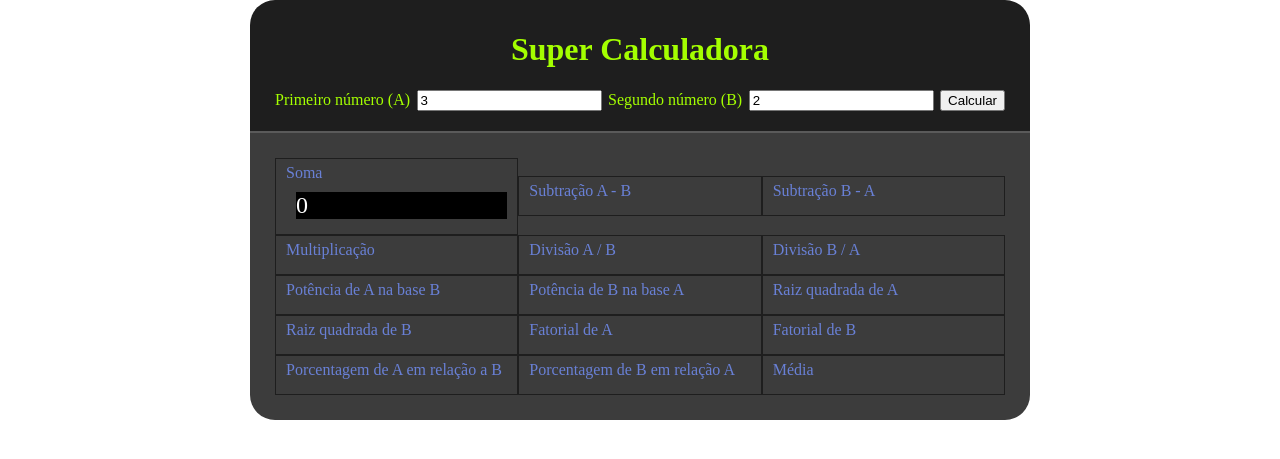
Repository: rrresck/supercalc-xpe
Page: index.html
The author's editor kept a copy of each file at every save. The page is drawn from the files as they stood at one save, then again after the next save.
The browser window is 1280 px wide. The pictures show the whole page.

Above is the page before, as saved 2023-02-10 20:52:36.
Console error: TypeError: Cannot set properties of null (setting 'innerHTML')

After the next save:
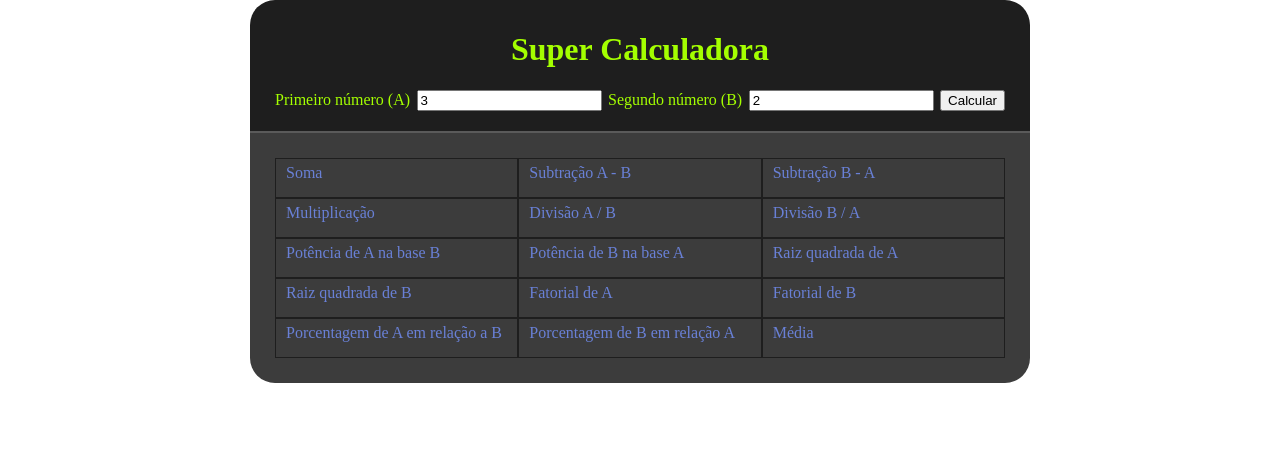
Saved 105 s later.
--- a/index.html
+++ b/index.html
@@ -22,25 +22,25 @@
         <div class="flex">
             <div class="calculus">
                 <p id="sumLabel">Soma</p>
-                <p class="result" id="sum"></p>
+                <p class="result" id="sumRes"></p>
             </div>
             <div class="calculus">
                 <p id="minusALabel">Subtração A - B</p>
-                <p class="result" id="subtractA"></p>
+                <p class="result" id="subtractARes"></p>
             </div>
             <div class="calculus">
                 <p id="minusBLabel">Subtração B - A</p>
-                <p class="result" id="subtractB"></p>
+                <p class="result" id="subtractBRes"></p>
             </div>
         </div>
         <div class="flex">
             <div class="calculus">
                 <p id="multiplicationLabel">Multiplicação</p>
-                <p class="result" id="multiplication"></p>
+                <p class="result" id="multiplicationRes"></p>
             </div>
             <div class="calculus">
                 <p id="divisionALabel">Divisão A / B</p>
-                <p class="result" id="divisionA"></p>
+                <p class="result" id="divisionARes"></p>
             </div>
             <div class="calculus">
                 <p id="divisionB">Divisão B / A</p>

After the save that followed:
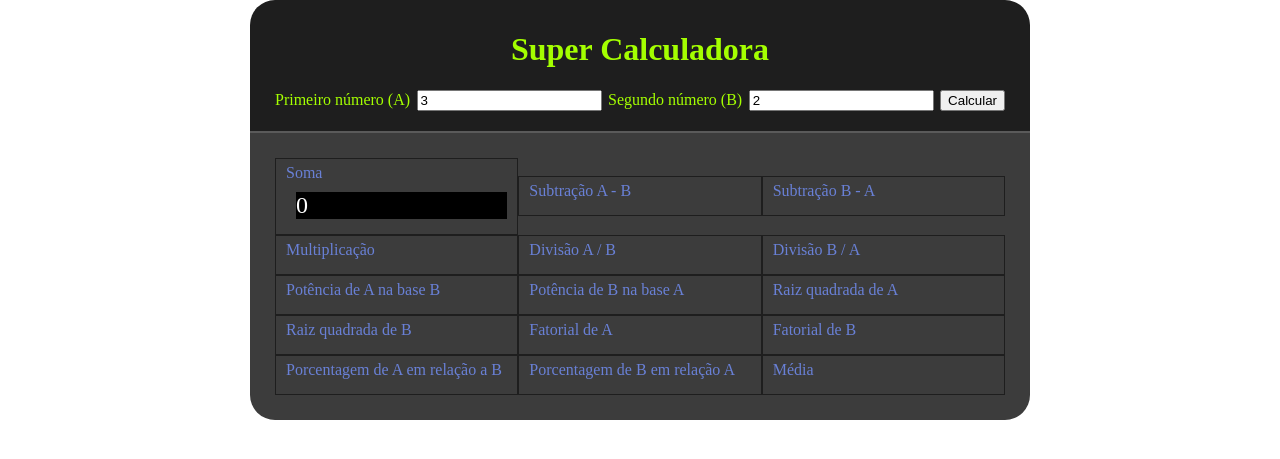
Saved 23 s later.
--- a/index.html
+++ b/index.html
@@ -22,21 +22,21 @@
         <div class="flex">
             <div class="calculus">
                 <p id="sumLabel">Soma</p>
-                <p class="result" id="sumRes"></p>
+                <p class="result" id="sum"></p>
             </div>
             <div class="calculus">
                 <p id="minusALabel">Subtração A - B</p>
-                <p class="result" id="subtractARes"></p>
+                <p class="result" id="subtractA"></p>
             </div>
             <div class="calculus">
                 <p id="minusBLabel">Subtração B - A</p>
-                <p class="result" id="subtractBRes"></p>
+                <p class="result" id="subtractB"></p>
             </div>
         </div>
         <div class="flex">
             <div class="calculus">
                 <p id="multiplicationLabel">Multiplicação</p>
-                <p class="result" id="multiplicationRes"></p>
+                <p class="result" id="multiplication"></p>
             </div>
             <div class="calculus">
                 <p id="divisionALabel">Divisão A / B</p>
